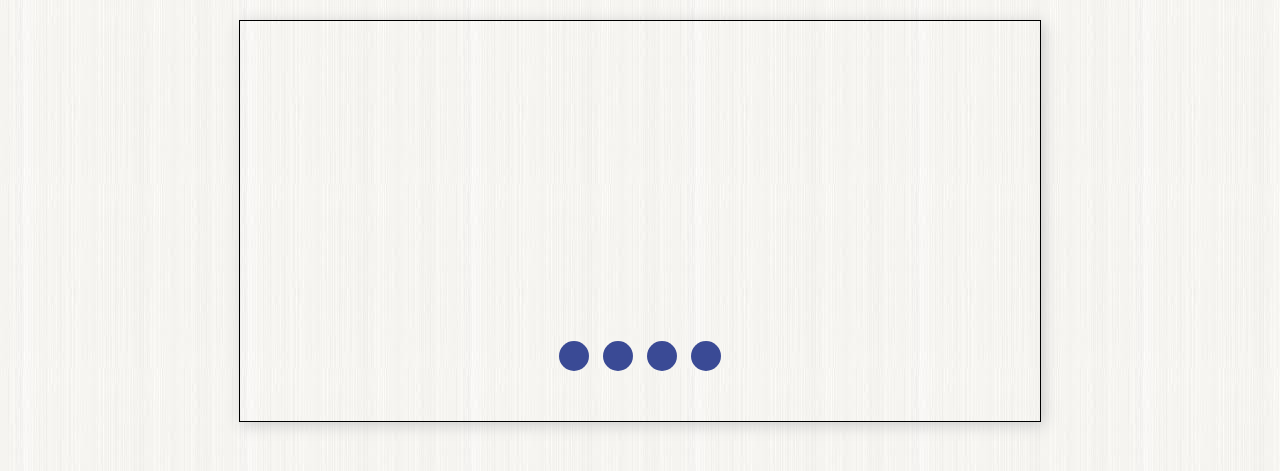
Repository: lauroPereira/study
Page: http://localhost/modules/home/home.php
An editor plug-in stored every save of this project. The page is shown before and after the next save, followed by the edit.
The browser window is 1280 px wide. The pictures show the whole page.
The page is run by PHP 8.4 with error messages shown; the project is at /var/www/html/.

Above is the page before, as saved 2016-06-14 04:31:43.

### TrabalhoFinalWeb/modules/home/home.php
<!DOCTYPE html>
<html>
<head>
<title>Trabalho 1 de programação Web</title>
<meta charset="UTF-8">
<meta name="description" content="Site da empresa imobiliaria">
<meta name="author" content="Lauro Pereira">
<link href="../../css/style.css" rel="stylesheet">
<link href="../../css/home.css" rel="stylesheet">
<link
	href="http://fonts.googleapis.com/css?family=Open+Sans&subset=latin,latin-ext"
	rel='stylesheet' type='text/css'>
</head>
<body>
	<div id="carousel">
		<div class="tag"></div>
		<div class="tag"></div>
		<div class="tag"></div>
		<div class="tag"></div>
	</div>
</body>
<script src="../../js/script.js" lang'="text/javascript"></script>
</html>

### TrabalhoFinalWeb/css/style.css
body{
    background-image: url("../img/background.jpg");
}
*{
    font-family: 'Open Sans', sans-serif;
}

input, textarea{
    background-color: #EFEFFF;
}
.central{
    width: 70%;
    margin: 0 auto;
}

.comFundo{
    position: relative;
    background-color: rgba(58, 74, 149, 0.5);
    border-radius: 10px;
    z-index: 1;
}

h2{
    margin-top: 5em;
}
#barraSup{
    text-align: right;
    padding-right: 3em;
    background-image: linear-gradient( to top right, #CCC 5%, #3A4A95 95%);
    margin-top:-0.5em;
    padding-bottom: 0.5em;
    padding-top: 0.7em;
}

#barraSup{
    color: #D8D8D8;
}

#barraSup a:hover{
    color: orangered;
    text-decoration: none;
}
#logo{
    text-align: left;
    background-color: #fafafa;
    padding-left: 20px;
}

#logo > div > img[alt=logotipo]{
    display: inline-block;
    float: left;
    margin-top: 8px;
}

#meio{
    margin-top: -0.5em;
    float: right;
    display: inline-block;
    width: 900px;
    text-align: right;
}

#carrinho {
    vertical-align: top;
    display: inline-block;
}

#carrinho > a > img[alt~=carrinho]{
    margin-right: 2em;
    max-width: 30px;
}

#carrinho > pre{
    margin: 0 1em 0 0;
}

#logo + hr {
    margin-top: 0;
}

#busca {
    color: #D8D8D8;
    display: inline-block;
    background-image: linear-gradient( to top left, #3A4A95 10%, #CCC 98%);
    padding: 0.5em 1em 1em 1em;
    border-radius: 0 0 20px 5px;
}
#busca button{
    padding: 1px;
    text-align: center;
}
#busca button img{
    width: 15px;
    height: 15px;
}
ul{
   display: inline-block;
   vertical-align: bottom;
}
ul li{
    display: inline;
}

ul li a{
    text-decoration: none;
    color: #3A4A95;
    font-size: 18px;
    font-weight: bolder;
    margin-bottom: 1em;
    padding: 10px;
}

ul li a:hover{
    font-style: italic;
    text-decoration: none;
    color: orangered;
}

#destaques{
    margin-top: 50px;
}

#destaques h2{
    margin-bottom: 0px;
}

#tipoProd{
    margin-top: 0px;
}

#destaques img[alt^=produto] {
    margin-top: 20px;
    max-width: 100%;
}

.produto{
    display: inline-block;
    width: 20%;
    padding: 1%;
    margin: 6% 1% 0 1%;
}
.produto > pre{
    text-align: center;
}
.add{
    background-color: rgba(255,255,255, 0.6);
    border-radius: 10px;
    padding: 3px;
    position: absolute;
    z-index: 2;
    width: 40px;
    float: right;
}
.formulario{
    margin: 0 auto;
    padding: 20px;
    text-align: center;
    width: 50%;
}

.formulario div{
    line-height: 220%;
    text-align: left;
    display: inline-block;
    vertical-align: top;
}

.formulario input[type^=submit]{
    margin-left:1em;

}

.formulario input[type^=submit]{
    float: right;
    margin-top: 0.5em;
}


#rodape{
    margin-top: 2em;
    color: #888;
    padding: 2em 0 2em 0;
    background-color: #DDD;
}

#rodape div a{
    color: #888;
    font-weight: lighter;
}

#rodape div{
    position: relative;
    font-family: sans-serif;
    font-size: 14px;
}

#rodape div img{
    position: absolute;
    right: 0;
    top: -1.3em;
    height: 6em;
}

#descProduto label{
    font-weight: bold;
}

table{
    background-color: rgba(58, 74, 149, 0.5);
    padding: 2px;
    border: 2px dashed #3A4A95;
    text-align: center;
    table-layout: auto;
}

table + input{
    width: 10%;
    margin-left: 40%;
    margin-top: 10px;
    text-align: center;
}

#total{
    font-weight: bolder;
}

#conteudo{
	min-height:240px;
	width:95%;
	margin: 0 auto;
	margin-top:60px;
}

### TrabalhoFinalWeb/css/home.css
#carousel{
	box-shadow: 3px 3px 15px #ccc;
	border: 1px solid black;
	height:400px;
	width:800px;
	margin: 0 auto;
	margin-top: 20px;
	text-align: center;
	vertical-align: bottom;
}

#carousel div{
	height: 30px;
	width: 30px;
	border-radius: 50%;
	background-color: #3A4A95;
	display: inline-block;
	margin: 0 auto;
	margin-top: 40%;
}

#carousel > div ~ div{
	margin-left: 10px;
}

Loaded but not shown: TrabalhoFinalWeb/js/script.js (no copy from this time; the picture is the same without it)

After the next save:
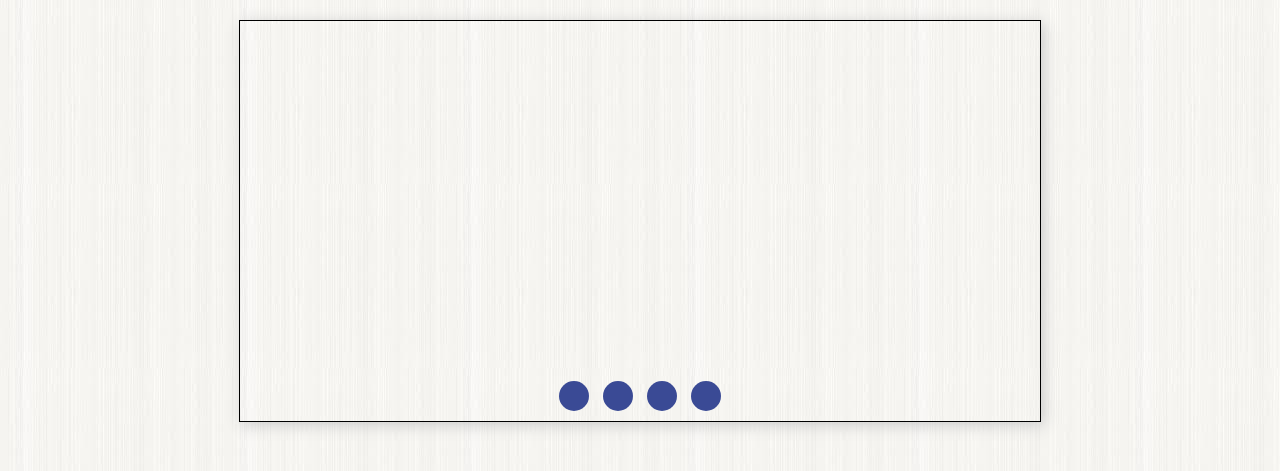
Saved 4 s later.
--- a/TrabalhoFinalWeb/css/home.css
+++ b/TrabalhoFinalWeb/css/home.css
@@ -16,7 +16,7 @@
 	background-color: #3A4A95;
 	display: inline-block;
 	margin: 0 auto;
-	margin-top: 40%;
+	margin-top: 45%;
 }
 
 #carousel > div ~ div{
